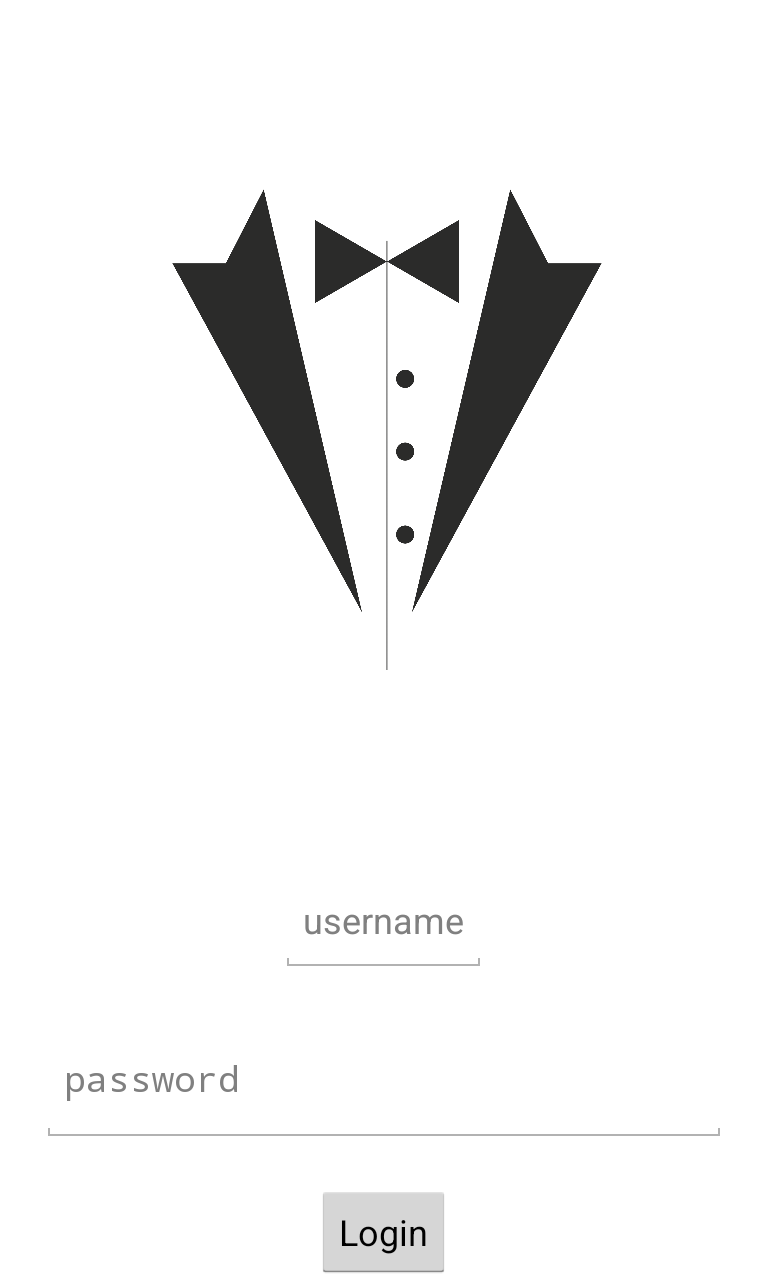
Repository: oszalex/SpryAndroid
Layout: android/Bro/res/layout/activity_main.xml
An editor plug-in stored every save of this project. The layout is shown before and after the next save, followed by the edit.
It is drawn on a 768 x 1280 px phone screen (xhdpi) without system bars, with theme AppTheme; the app's code is not run.

Above is the layout before, as saved 2014-01-21 16:32:13.

After the next save:
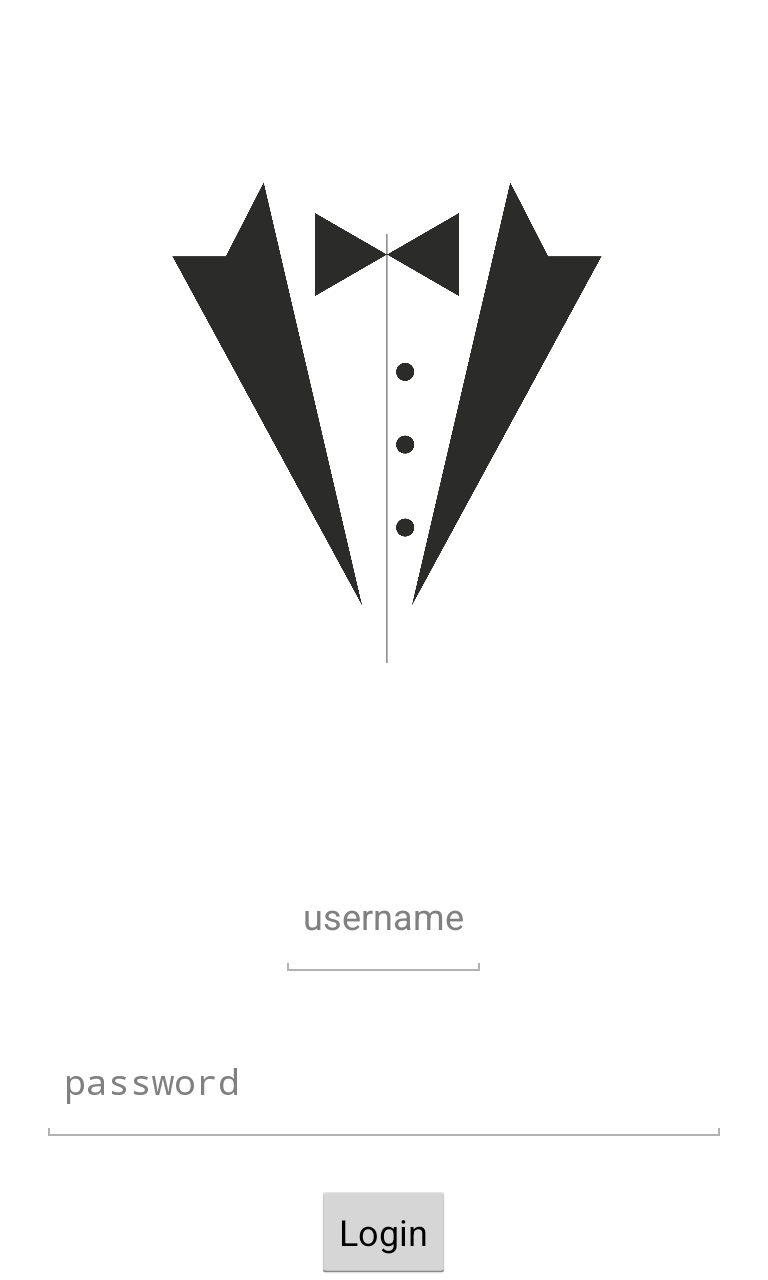
Saved 15 s later.
--- a/android/Bro/res/layout/activity_main.xml
+++ b/android/Bro/res/layout/activity_main.xml
@@ -16,7 +16,7 @@
     <EditText
         android:id="@+id/edit_username"
         android:layout_width="wrap_content"
-        android:layout_height="0dp"
+        android:layout_height="12sp"
         android:layout_gravity="center_horizontal"
         android:layout_marginTop="20dp"
         android:layout_weight="1"
